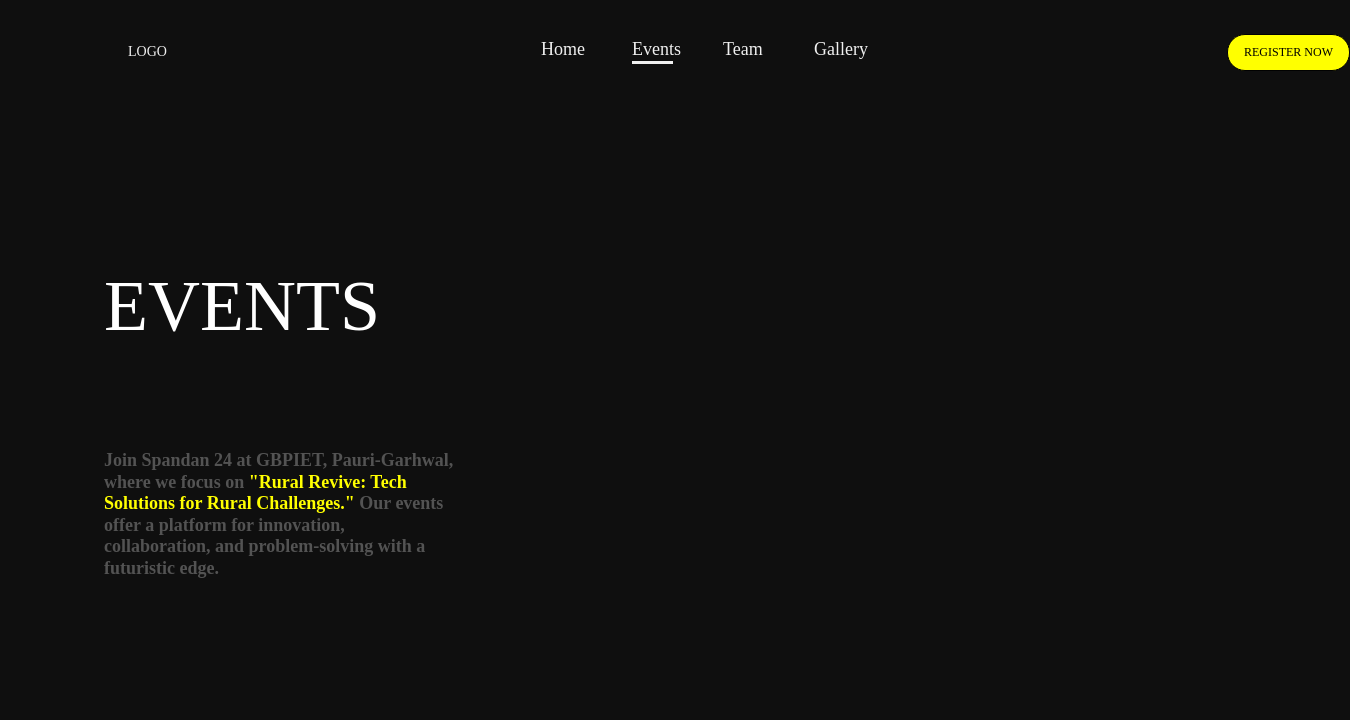
Repository: s4bbi/spandan-3.0
Page: /Events
These files come from the project's save history. The page is drawn as it stood at one moment and after the next save; the edit follows.
The browser window is 1280 px wide. The page is 1350 px wide, so the pictures cover 1350 px, including what lies to the right of the window. The pictures show the whole page.
The project was rebuilt for these pictures with package versions that can differ from the ones it lists, and the page was loaded fresh each time. Also part of the build but not shown: vite.config.js, src/pages/Home/Home.jsx.

Above is the page before, as saved 2024-11-02 02:35:47.

After the next save:
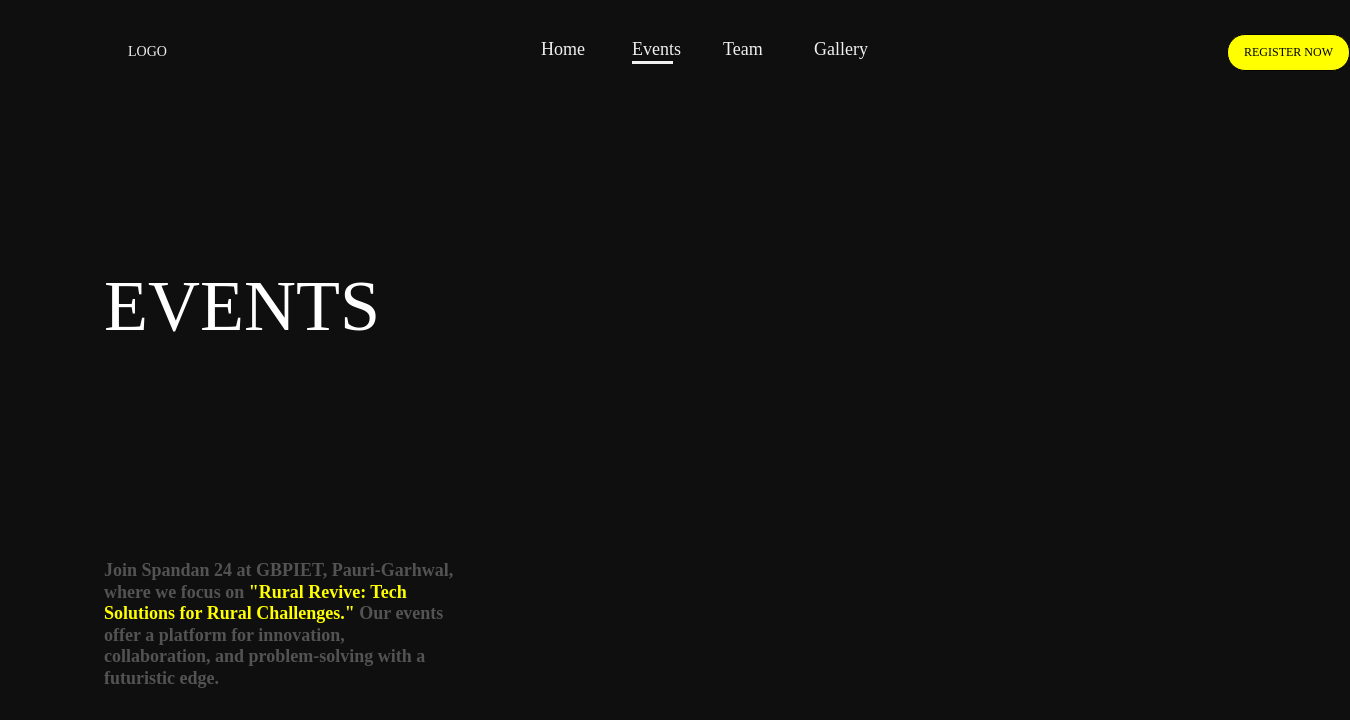
Saved 59 s later.
--- a/src/components/HeroSection/HeroSection.css
+++ b/src/components/HeroSection/HeroSection.css
@@ -26,7 +26,7 @@
   .hero-description {
     width: 350px;
     height: 110px;
-    padding-top: 100px;
+    padding-top: 210px;
     font-family: Exo 2;
     font-size: 18px;
     font-weight: 600;

After the save that followed:
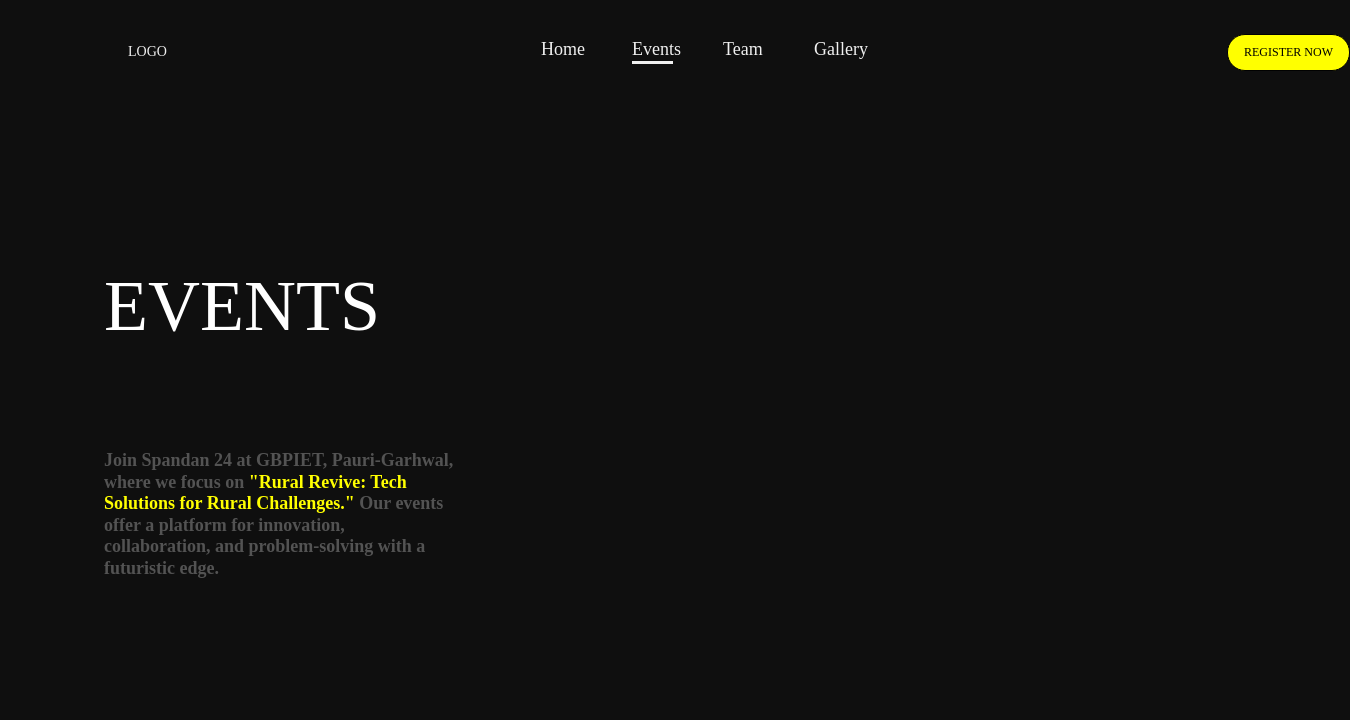
Saved 10 s later.
--- a/src/components/HeroSection/HeroSection.css
+++ b/src/components/HeroSection/HeroSection.css
@@ -26,7 +26,7 @@
   .hero-description {
     width: 350px;
     height: 110px;
-    padding-top: 210px;
+    padding-top: 100px;
     font-family: Exo 2;
     font-size: 18px;
     font-weight: 600;
